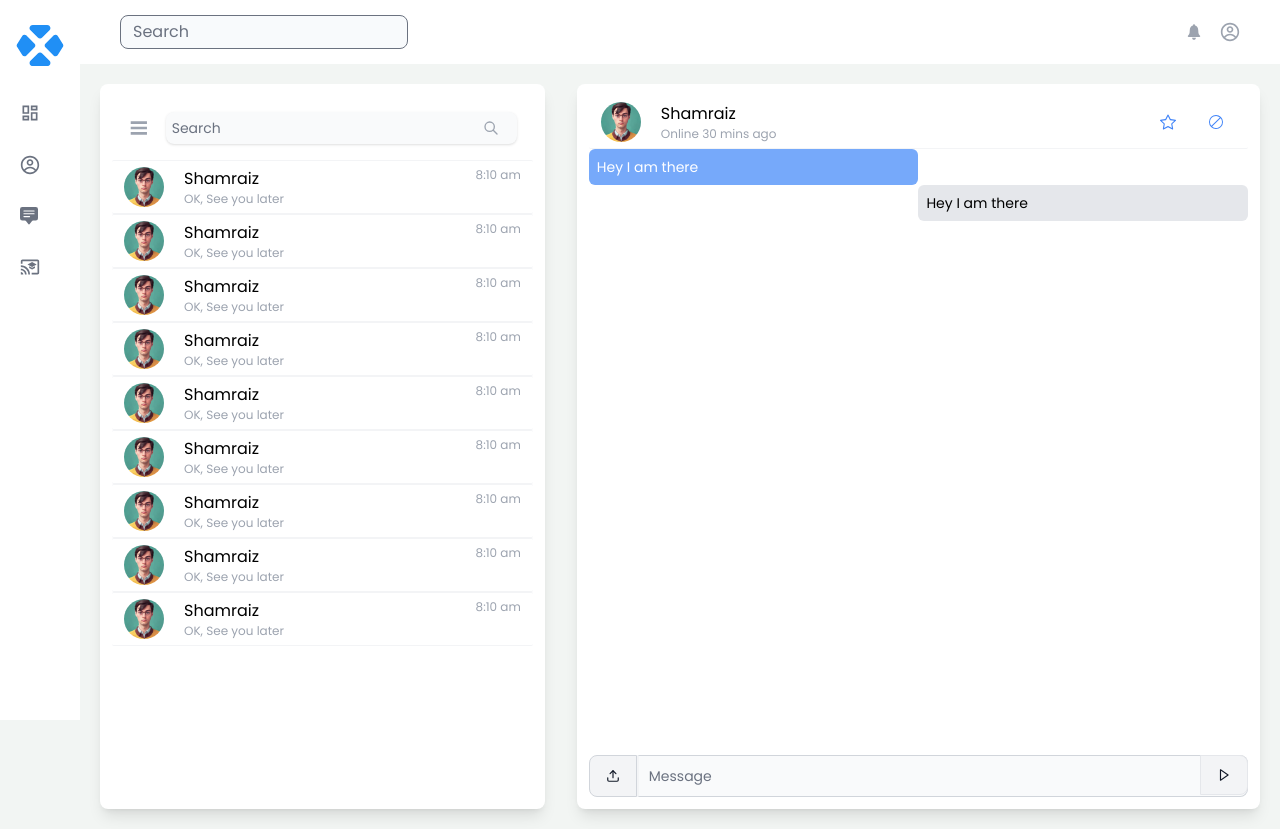
Repository: Shamraiz761/Frontend-Assessment
Page: /chat
An editor plug-in stored every save of this project. The page is shown before and after the next save, followed by the edit.
The browser window is 1280 px wide. The pictures show the whole page.
The project was rebuilt for these pictures with package versions that can differ from the ones it lists, and the page was loaded fresh each time. Also part of the build but not shown: vite.config.js, src/routes/root.jsx, src/pages/orders/index.jsx, src/pages/submission/index.jsx, src/pages/admin/index.css, src/components/admin/card.jsx, src/components/admin/addCard.jsx, src/pages/admin/index.jsx and 3 more. Imported but missing from the stored project, and not drawn on this page: src/pages/auth/login, src/pages/tasks, src/routes/profileLayout.

Above is the page before, as saved 2023-06-16 11:53:08.

After the next save:
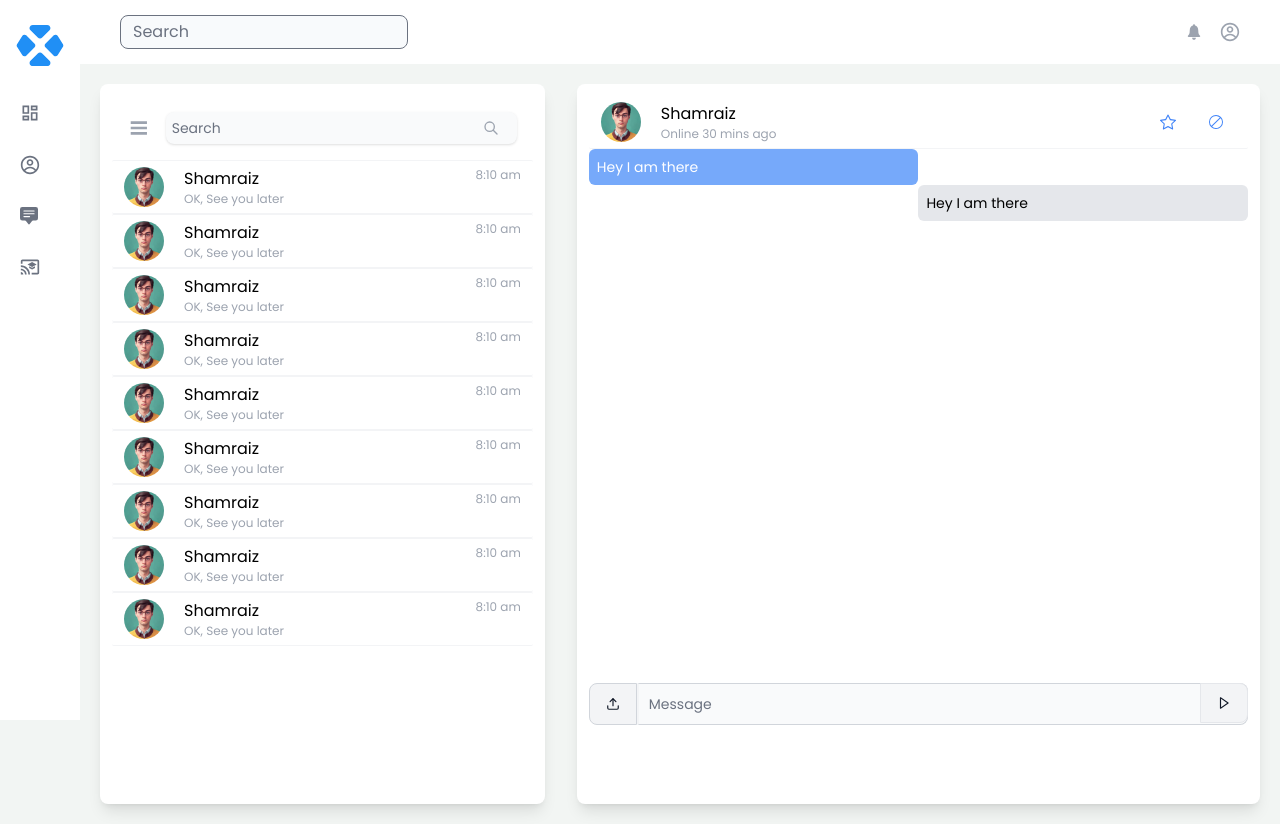
Saved 13 s later.
--- a/src/components/chat/userChat.jsx
+++ b/src/components/chat/userChat.jsx
@@ -38,7 +38,7 @@ function UserChat() {
       </div>
       <div
         className="flex flex-col w-full  justify-end "
-        style={{ height: "80vh" }}
+        style={{ height: "70vh" }}
       >
         <form className=" ">
           <div className="flex">

After the save that followed:
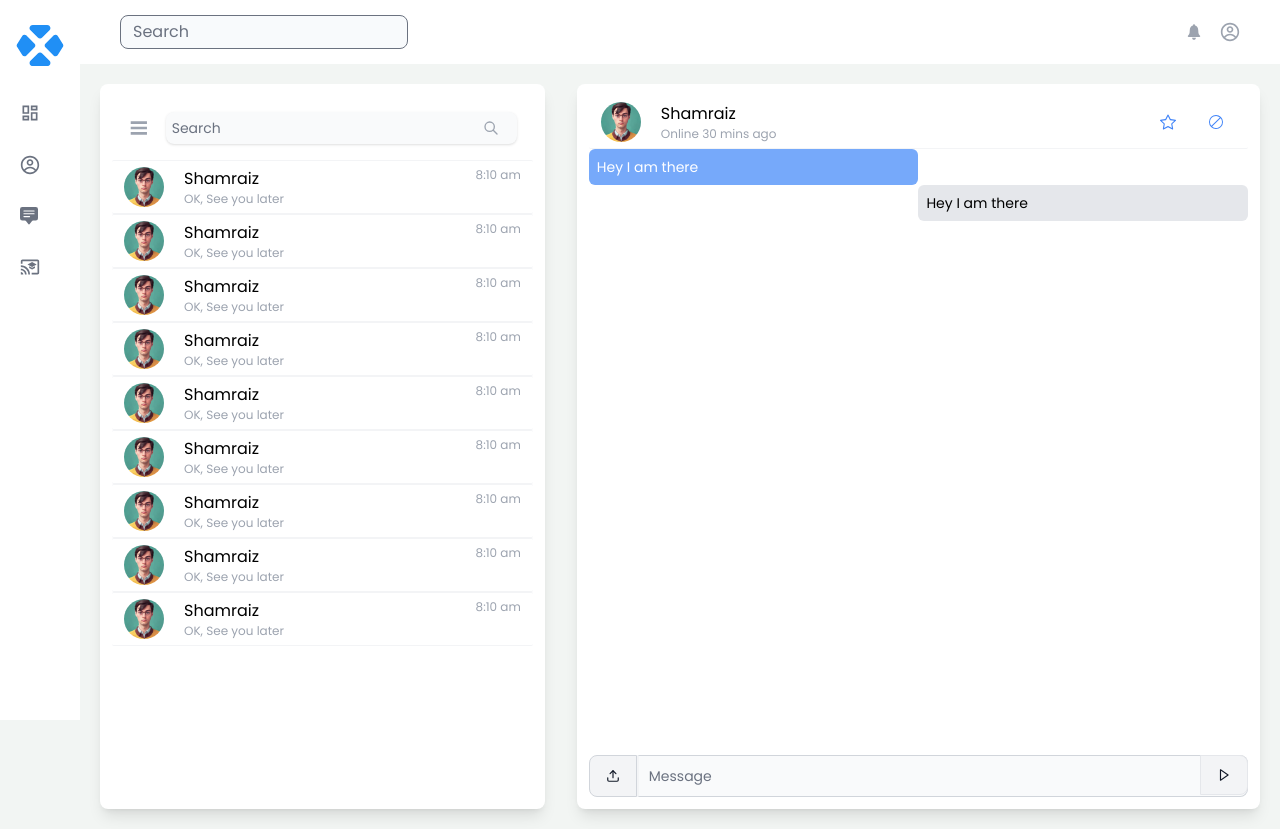
Saved 6 s later.
--- a/src/components/chat/userChat.jsx
+++ b/src/components/chat/userChat.jsx
@@ -38,7 +38,7 @@ function UserChat() {
       </div>
       <div
         className="flex flex-col w-full  justify-end "
-        style={{ height: "70vh" }}
+        style={{ height: "80vh" }}
       >
         <form className=" ">
           <div className="flex">
